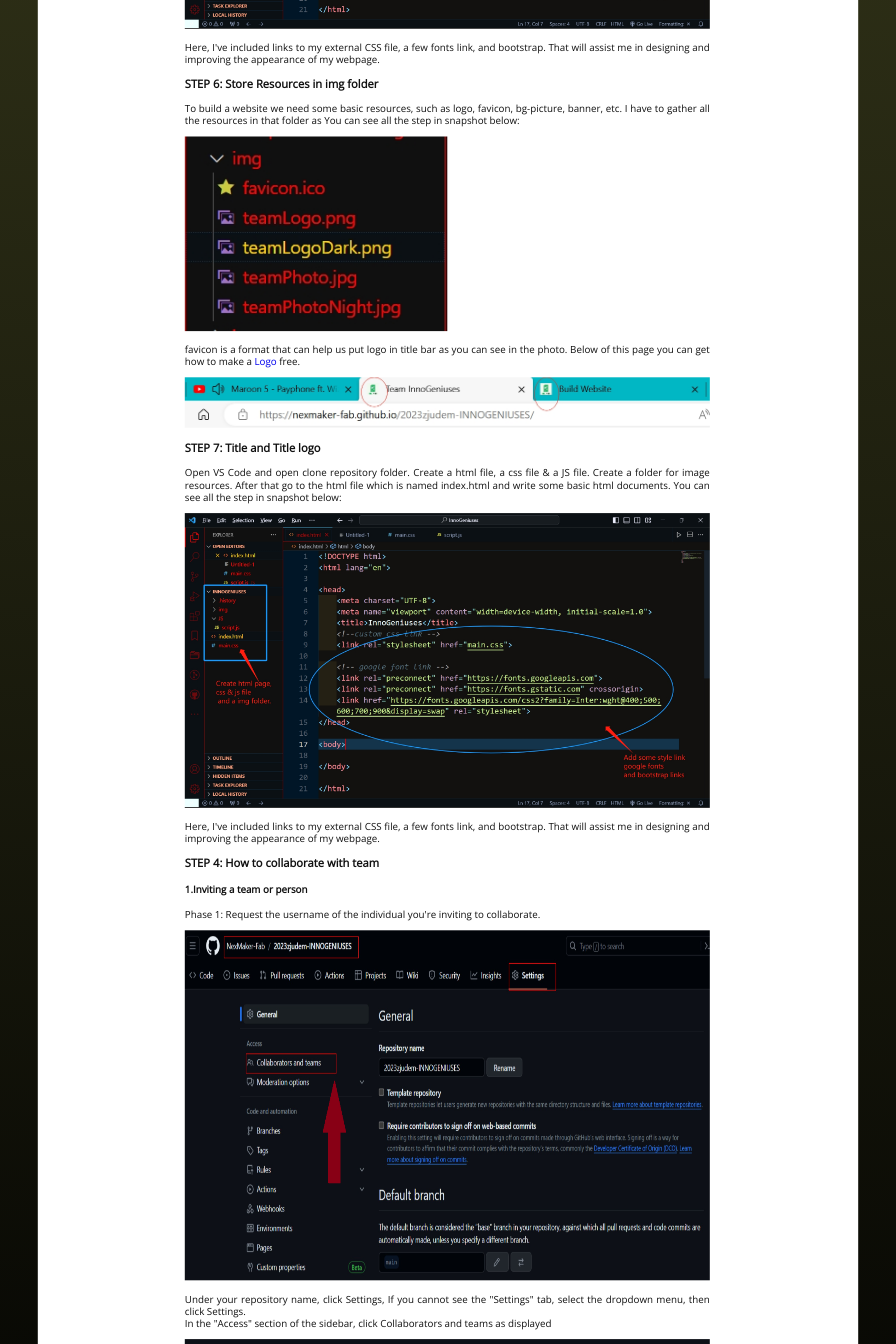
Repository: NexMaker-Fab/2023zjudem-INNOGENIUSES
Page: build web/page1.html
These files come from the project's save history. The page is drawn as it stood at one moment and after the next save; the edit follows.
The browser window is 1280 px wide. The pictures show the part of the page from y = 4580 to 6500 px (the page is 9382 px tall before and 9365 px after), at 70% of full size.

Above is the page before, as saved 2023-11-27 01:04:50.

### build web/page1.html
<!DOCTYPE html>
<html lang="en">

<head>
    <meta charset="utf-8">
    <meta http-equiv="X-UA-Compatible" content="IE=edge">
    <link rel="icon" href="img/favicon.ico" type="image/x-icon">
    <title>Build Website</title>
    <meta name="viewport" content="width=device-width, initial-scale=1">
    <!-- <meta name="Description" lang="en" content="open source x/html and css templates"> -->
    <meta name="author" content="mlp design">
    <meta name="robots" content="index, follow">
    <link rel="stylesheet" href="styles.css">
</head>

<body>
    <!--start wrapper-->
    <div id="wrapper">

        <!--start body-->
        <div id="body">

            <!--start header-->
            <div id="banner">
                <h1>HOW TO BUILD <em>WEB</em> </h1>
                <p></p>
                <!-- menu -->
                <label for="show-menu" class="responsive">&#9776;</label>
                <input type="checkbox" id="show-menu" role="button">
                <ul id="topnav">
                    <!-- <li><a class="active">Home</a></li> -->

                </ul>
                <!-- end menu -->
            </div>
            <!--end of header-->
            <!--start sidebar-->
            <div id="sidebar">
                <h2>GitHub</h2>
                <p>GitHub, is a platform and cloud-based service for software development and version control using Git, allowing developers to store and manage their code. It provides the distributed version control of Git plus access control, bug tracking,
                    software feature requests, task management, continuous integration, and wikis for every project. Headquartered in California, it has been a subsidiary of Microsoft since 2018. It is commonly used to host open source software development
                    projects.As of January 2023, GitHub reported having over 100 million developers and more than 372 million repositories, including at least 28 million public repositories.</p>

                <h2>Visual Studio Code</h2>
                <p>Visual Studio Code, also commonly referred to as VS Code,[12] is a source-code editor made by Microsoft with the Electron Framework, for Windows, Linux and macOS.[13] Features include support for debugging, syntax highlighting, intelligent
                    code completion, snippets, code refactoring, and embedded Git. Users can change the theme, keyboard shortcuts, preferences, and install extensions that add functionality. In the Stack Overflow 2023 Developer Survey, Visual Studio Code
                    was ranked the most popular developer environment tool among 86,544 respondents, with 73.71% reporting that they use it. It increased its use among those learning to code versus those developing as a profession (78% vs. 74%). </p>
            </div>
            <div class="clear"></div>
            <!--end of sidebar-->

            <!--start containter-->
            <div id="container">

                <!--start content-->
                <div id="content">
                    <!--post item-->
                    <div class="item">
                        <h3>STEP1: Prepare</h3>
                        <p>Setting up all essential tools for constructing the webpage:</p>

                        <ul>
                            <li><a href="https://git-scm.com/downloads">Git</a></li>
                            <li><a href="https://github.com">GitHub</a> </li>
                            <li><a href="https://desktop.github.com">GitHub desktop</a> </li>
                            <li><a href="https://code.visualstudio.com">VScode</a></li>
                            <li><a href="https://nodejs.org/en/about">Nodejs</a> </li>
                        </ul>

                        <h3>STEP 2: Pointers</h3>
                        <p>Visit <a href="https://github.com">Github</a> to create a repository; if needed, sign up. Once there, make your repository and set it Public so it's accessible to online users. Remember to add a README file—it's the place for a
                            detailed project description.
                        </p>
                        <img src="img/Create Repo 1.png" <figure>
                        <p>
                            <b>Note:</b>In this image repository, the owner is identified as aminal333. However, when working within an organization, the organization's name should be displayed instead.

                        </p>
                        </figure>

                        <img src="img/Create repo 2.png" <figure>
                        <p></p>
                        </figure>

                        <img src="img/git page.jpg" <figure>


                        </figure>

                        <h3>STEP 3: Local Settings</h3>
                        <p>Open GitHub Desktop, clone the repository you've created before, and then proceed to open it in Visual Studio Code.</p>
                        <img src="img/gitclone1.png" <figure>
                        <p> </p>
                        </figure>
                        <img src="img/clone open vs.png" <figure>
                        <p>Access the cloned repository from your local storage system using Visual Studio Code</p>
                        </figure>

                        <!-- Ramiz update-->

                        <h3>STEP 4: Live Server Extension</h3>
                        <p>Go to visual studio extention secsion, search live server and click install it. This extesion help to observe new change on your webpage when you change something in your code. You can see the exension installation image below:
                        </p>
                        <img src="img/Live Server.png" alt="description photo" style="width:100%; height: fit-content;">

                        <h2 style="font-weight: bolder;">How to write the website document</h2>

                        <h3>STEP 5: Make folder and file for writing code to build a website</h3>
                        <p>Open VS Code and open clone repository folder. Create a html file, a css file & a JS file. Create a folder for image resources. After that go to the html file which is named index.html and write some basic html documents. You can
                            see all the step in snapshot below:
                        </p>
                        <img src="img/bw1.png" alt="description photo" style="width:100%; height: fit-content;">
                        <p>
                            Here, I've included links to my external CSS file, a few fonts link, and bootstrap. That will assist me in designing and improving the appearance of my webpage.
                        </p>

                        <h3>STEP 6: Store Resources in img folder</h3>
                        <p>To build a website we need some basic resources, such as logo, favicon, bg-picture, banner, etc. I have to gather all the resources in that folder as You can see all the step in snapshot below:
                        </p>
                        <img src="img/bw2.png" alt="description photo" style="width:50%; height: 100%;">
                        <p>
                            favicon is a format that can help us put logo in title bar as you can see in the photo. Below of this page you can get how to make a <a href="#logoCreate">Logo</a> free.
                        </p>
                        <img src="img/title logo.png" alt="description photo" style="width:100%; height: 100%;">
                        <h3>STEP 7: Title and Title logo</h3>
                        <p>Open VS Code and open clone repository folder. Create a html file, a css file & a JS file. Create a folder for image resources. After that go to the html file which is named index.html and write some basic html documents. You can
                            see all the step in snapshot below:
                        </p>
                        <img src="img/bw1.png" alt="description photo" style="width:100%; height: fit-content;">
                        <p>
                            Here, I've included links to my external CSS file, a few fonts link, and bootstrap. That will assist me in designing and improving the appearance of my webpage.
                        </p>


                        <h3>STEP 4: How to collaborate with team</h3>
                        <h4>1.Inviting a team or person</h4>
                        <p>Phase 1: Request the username of the individual you're inviting to collaborate.</p>

                        <img src="img/AA.png" <figure>
                        <p> Under your repository name, click Settings, If you cannot see the "Settings" tab, select the dropdown menu, then click Settings.<br> In the "Access" section of the sidebar, click Collaborators and teams as displayed </p>
                        </figure>
                        <img src="img/BB.png" <figure>
                        <p>To the right of "Manage access", click Add people or Add teams and In the search field, start typing the name of the team or person to invite, then click a name in the list of matches.
                        </p>
                        </figure>
                        <img src="img/CC.png" <figure>
                        <p>In the search field, start typing the name of the team or person to invite, then click a name in the list of matches.</p>
                        </figure>
                        <img src="img/DD.png" <figure>
                        <p> Under "Choose a role", select the repository role to grant to the team or person</p>
                        </figure>
                        <img src="img/EE.png" <figure>
                        <p>Under "Manage access", next to the team or person whose access you'd like to remove, click Remove
                        </p>
                        </figure>
                        <img src="img/FF.png" <figure>
                        <p>Using this search box, you can easily find your team member</p>
                        </figure>

                    </div>
                    <!--another post item-->

                    <!--end of another post item-->
                </div>
                <!--end of content-->

            </div>
            <!--end of container-->

        </div>
        <!--end of body-->

        <!--start footer-->
        <div id="footer">
            <span class="left">2023 &copy; Copyright <a href="#">Allcode</a>. All rights reserved.</span>
            <p class="show-footer">2023 &copy; Copyright <a href="#">InnoGeniuses</a>. All rights reserved.<br /><a href="#">Contact</a> | </p>
        </div>
        <!--end of footer-->

    </div>
    <!--end of wrapper-->

    <!--start credits-->
    <!--//Under CC-NC 3.0, this portion must be left intact and must not be hidden.//-->
    <div id="credits">
        <span><a href="#" title="CSS &amp; ">CSS &amp; HTML</a> by InnoGeniuses<br />IDE@ZJU
    </div>
    <!--end of credits-->

</body>

</html>

### build web/styles.css
/*
Template Name: mlpdesign07.1 Khaki
Version: Pure CSS version
Author:webmasterneo, MLP Design
Author URI: http://www.mlpdesign.net/
*/


/* Global Settings */

@import url(https://fonts.googleapis.com/css?family=Open+Sans);
body {
    background: #000;
    background: -moz-linear-gradient(top, #7c803d 0%, #000000 75%, #000000 100%);
    background: -webkit-gradient(left top, left bottom, color-stop(0%, #7c803d), color-stop(75%, #000000), color-stop(100%, #000000));
    background: -webkit-linear-gradient(top, #7c803d 0%, #000000 75%, #000000 100%);
    background: -o-linear-gradient(top, #7c803d 0%, #000000 75%, #000000 100%);
    background: -ms-linear-gradient(top, #7c803d 0%, #000000 75%, #000000 100%);
    background: linear-gradient(to bottom, #7c803d 0%, #000000 75%, #000000 100%);
    filter: progid: DXImageTransform.Microsoft.gradient( startColorstr='#7c803d', endColorstr='#000000', GradientType=0);
    color: #111;
    margin: 0;
    font-family: 'Open Sans', sans-serif;
    font-size: 14px;
    line-height: 18px;
    min-width: 600px;
}

h1 {
    font-size: 40px;
    line-height: 24px;
}

h2 {
    font-size: 18px;
    line-height: 22px;
}

h3 {
    font-size: 16px;
    line-height: 20px;
}

a {
    background-color: inherit;
    color: rgb(0, 38, 255)122, 102, 153;
    text-decoration: none;
}

a:hover {
    text-decoration: underline;
}

blockquote {
    background-color: inherit;
    color: #999;
    font: italic 15px "Times New Roman", serif;
    border-left: 5px solid #996;
    padding: 2px 15px;
}


/* Wrapper Settings */

#wrapper {
    background: #fff;
    border: none;
    padding: 10px;
    margin: 1% auto;
    width: 90%;
}

#body {
    margin: 0;
}

#container {
    border-left: 50px;
    padding: 0;
    margin: 0;
}


/* Other Settings*/

#banner {
    position: relative;
    padding: 10px;
    height: 175px;
    border: 0px;
    color: #fff;
    background: #abab83;
    background: -moz-linear-gradient(top, #abab83 0%, #abab83 0%, #abab83 50%, #a1a172 51%, #a1a172 100%);
    background: -webkit-gradient(left top, left bottom, color-stop(0%, #abab83), color-stop(0%, #abab83), color-stop(50%, #abab83), color-stop(51%, #a1a172), color-stop(100%, #a1a172));
    background: -webkit-linear-gradient(top, #abab83 0%, #abab83 0%, #abab83 50%, #a1a172 51%, #a1a172 100%);
    background: -o-linear-gradient(top, #abab83 0%, #abab83 0%, #abab83 50%, #a1a172 51%, #a1a172 100%);
    background: -ms-linear-gradient(top, #abab83 0%, #abab83 0%, #abab83 50%, #a1a172 51%, #a1a172 100%);
    background: linear-gradient(to bottom, #abab83 0%, #abab83 0%, #abab83 50%, #a1a172 51%, #a1a172 100%);
    filter: progid: DXImageTransform.Microsoft.gradient( startColorstr='#abab83', endColorstr='#a1a172', GradientType=0);
}

#banner h1 {
    font-size: 32px;
}

#banner h1 em {
    font-style: normal;
    text-decoration: none;
    color: #111;
}

#show-menu {
    display: none;
}

.responsive {
    background-color: inherit;
    color: #fff;
    text-align: left;
    font-weight: normal;
    font-size: 1.5em;
    padding: 0;
    position: absolute;
    top: 80%;
    display: none;
}

ul#topnav {
    list-style-type: none;
    margin: 0 0 0 1%;
    display: table;
    padding: 0;
    overflow: hidden;
    width: 60%;
    position: absolute;
    bottom: 0;
}

ul#topnav li {
    display: table-cell;
    text-align: center;
}

ul#topnav li a {
    background: #333;
    color: #999;
    border: none;
    display: block;
    margin-right: 5px;
    padding: 5px 0px;
    text-decoration: none;
    font-size: 12px;
}

ul#topnav li a.active,
ul#topnav li a.active:hover {
    background: #fff;
    color: #333;
}

ul#topnav li a:hover {
    background: #cc9;
    color: #111;
}

#sidebar {
    background: #fff;
    float: right;
    width: 200px;
    margin: -175px 1% 50px auto;
    padding: 15px;
    font-size: 12px;
    -webkit-box-shadow: 25px 0px 25px -25px rgba(0, 0, 0, 0.45), -25px 0px 25px -25px rgba(0, 0, 0, 0.45);
    -moz-box-shadow: 25px 0px 25px -25px rgba(0, 0, 0, 0.45), -25px 0px 25px -25px rgba(0, 0, 0, 0.45);
    box-shadow: 25px 0px 25px -25px rgba(0, 0, 0, 0.45), -25px 0px 25px -25px rgba(0, 0, 0, 0.45);
    position: relative;
}

#sidebar h2 {
    background-color: inherit;
    color: #996;
    font: normal 16px Arial, sans-serif;
    border-bottom: 2px solid #996;
    padding: 8px 0 5px 0;
}

#sidebar ul {
    list-style: none;
    padding: 2px;
    margin: 0;
}

#sidebar ul li {
    list-style-position: inside;
    padding: 0 0 10px 20px;
    text-indent: -1em;
}

#sidebar ul li a {
    background-color: inherit;
    color: #333;
    text-decoration: none;
    padding: 5px 2px;
    display: block;
}

#sidebar ul li a:hover {
    background-color: #cc9;
    color: #fff;
}

#sidebar ul li a:before {
    content: "\00BB  ";
    color: #996;
}

#content {
    text-align: left;
    padding: 20px;
    width: 750px;
    padding-left: 200px;
}

#content h1 {
    font: normal 18px Arial, sans-serif;
    padding: 0;
}

#content ul {
    list-style: none;
}

#content ul li {
    padding: 2px 0 2px 10px;
    margin: 0;
}

#content ul li:before {
    content: "\00BB  ";
    color: rgb(51, 0, 255);
}

#content .item {
    line-height: 1.25em;
    margin: 0;
}

#content .item p {
    text-align: justify;
}

#content .item b {
    text-align: justify;
    color: red;
}

#content .item span {
    background-color: inherit;
    color: #999;
    font-size: 11px;
}

#content .item img {
    width: 750px;
    height: 500px;
}

#footer {
    padding: 10px;
    height: 20px;
    border: 0px;
    color: #333;
    font-size: 12px;
    background: #abab83;
    background: -moz-linear-gradient(top, #abab83 0%, #abab83 0%, #abab83 50%, #a1a172 51%, #a1a172 100%);
    background: -webkit-gradient(left top, left bottom, color-stop(0%, #abab83), color-stop(0%, #abab83), color-stop(50%, #abab83), color-stop(51%, #a1a172), color-stop(100%, #a1a172));
    background: -webkit-linear-gradient(top, #abab83 0%, #abab83 0%, #abab83 50%, #a1a172 51%, #a1a172 100%);
    background: -o-linear-gradient(top, #abab83 0%, #abab83 0%, #abab83 50%, #a1a172 51%, #a1a172 100%);
    background: -ms-linear-gradient(top, #abab83 0%, #abab83 0%, #abab83 50%, #a1a172 51%, #a1a172 100%);
    background: linear-gradient(to bottom, #abab83 0%, #abab83 0%, #abab83 50%, #a1a172 51%, #a1a172 100%);
    filter: progid: DXImageTransform.Microsoft.gradient( startColorstr='#abab83', endColorstr='#a1a172', GradientType=0);
    clear: both;
}

#footer a {
    background-color: inherit;
    color: #333;
}

#footer a:hover {
    background-color: inherit;
    color: #fff;
    text-decoration: none;
}

#footer span.left {
    text-align: left;
    padding-left: 15px;
    float: left;
}

#footer span.right {
    text-align: right;
    padding-right: 15px;
    float: right;
}

#footer p.show-footer {
    margin: 0;
    display: none;
}

#credits {
    width: 90%;
    background-color: inherit;
    color: #999;
    position: relative;
    bottom: 0;
    padding: 10px 0;
    font: normal 11px Arial, sans-serif;
    text-align: right;
    margin: 0 auto;
}

#credits a {
    background-color: inherit;
    color: #999;
    text-decoration: none;
}

#credits a:hover {
    background-color: inherit;
    color: #fff;
    text-decoration: none;
}


/* Begin responsive styles */

@media screen and (max-width: 700px) {
    body {
        font-size: 12px;
    }
    blockquote {
        font-size: 13px;
        border-left-width: 3px;
        padding: 1px 5px 1px 10px;
        margin: 0;
    }
    /* banner */
    /*#banner { height:170px;}*/
    #banner h1 {
        font-size: 28px;
    }
    #banner p {
        width: 60%;
    }
    /* menu */
    ul#topnav {
        display: none;
    }
    .responsive {
        display: block;
    }
    #show-menu:checked~ul#topnav {
        display: block;
        position: absolute;
        top: 100%;
        width: 50%;
        margin: 0 0 0 -8%;
        overflow: visible;
    }
    ul#topnav li {
        display: block;
        text-align: left;
        margin: 0 0 1px 15%;
    }
    ul#topnav li a {
        padding-left: 20px;
        border-radius: 0px;
        -moz-border-radius: 0px;
        -webkit-border-radius: 0px;
        font-size: 10px;
    }
    /*ul#topnav li a:hover { background: rgba(255,0,85,1); color:rgba(255,255,255,255);}*/
    ul#topnav li a.active,
    ul#topnav li a.active:hover {
        background: #eee;
        color: #000;
    }
    /* sidebar */
    #sidebar {
        width: 28%;
        padding: 5px;
        font-size: 10px;
        line-height: 1.25em;
    }
    #sidebar h2 {
        font-size: 12px;
    }
    /* content */
    #content {
        margin-right: 33%;
    }
    #content h1 {
        font-size: 14px;
        font-weight: bold;
    }
    #content .item span {
        font-size: 10px;
    }
    #content ul {
        margin-left: 0;
        padding-left: 0;
    }
    #content ul li {
        margin-left: 0;
        padding-left: 0;
    }
    /* footer */
    #footer {
        font-size: 10px;
        text-align: center;
        padding-bottom: 20px;
    }
    #footer span {
        display: none;
    }
    #footer p.show-footer {
        display: block;
    }
    #credits {
        font-size: 80%;
        text-align: center;
    }
}

After the next save:
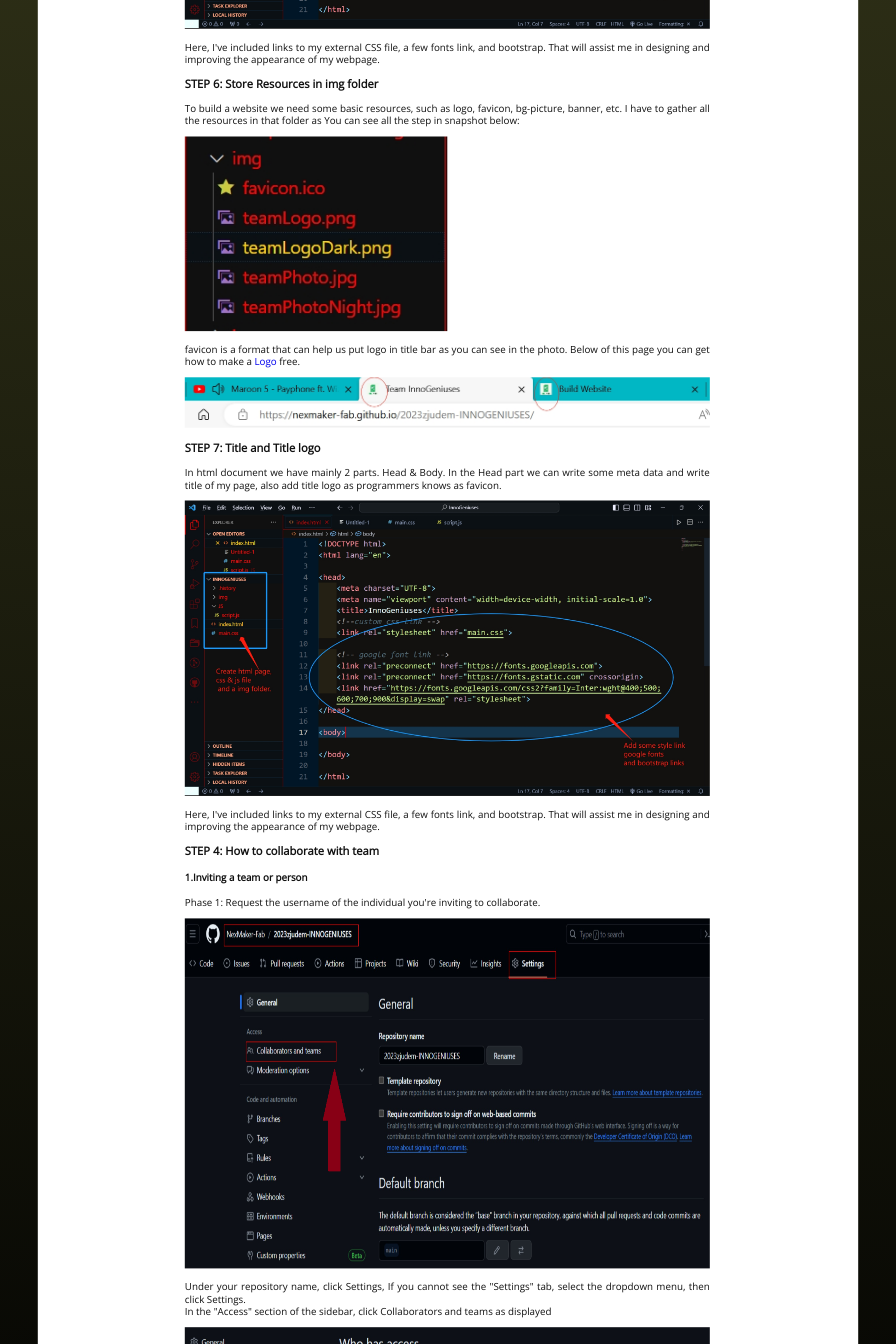
Saved 10 min 18 s later.
--- a/build web/page1.html
+++ b/build web/page1.html
@@ -123,8 +123,7 @@
                         </p>
                         <img src="img/title logo.png" alt="description photo" style="width:100%; height: 100%;">
                         <h3>STEP 7: Title and Title logo</h3>
-                        <p>Open VS Code and open clone repository folder. Create a html file, a css file & a JS file. Create a folder for image resources. After that go to the html file which is named index.html and write some basic html documents. You can
-                            see all the step in snapshot below:
+                        <p>In html document we have mainly 2 parts. Head & Body. In the Head part we can write some meta data and write title of my page, also add title logo as programmers knows as favicon.
                         </p>
                         <img src="img/bw1.png" alt="description photo" style="width:100%; height: fit-content;">
                         <p>
